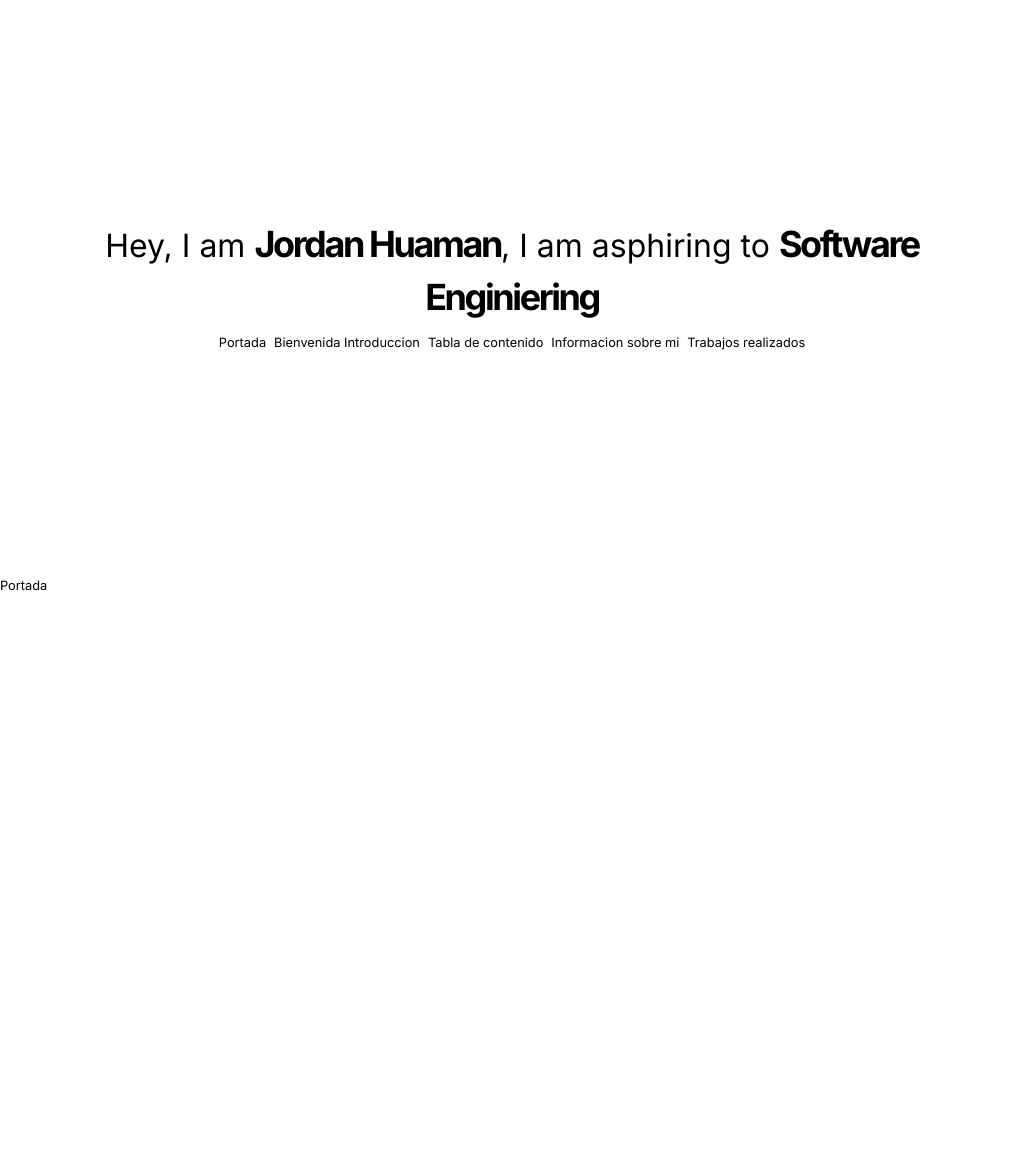
Repository: devsecops-node/portafolio-nextj-pages
Page: /
These files come from the project's save history. The page is drawn as it stood at one moment and after the next save; the edit follows.
The browser window is 1280 px wide. The pictures show the whole page, at 80% of full size.
The project was rebuilt for these pictures with package versions that can differ from the ones it lists, and the page was loaded fresh each time. The framework's server and built-in components were replaced by stand-ins that run in the browser. Also part of the build but not shown: next.config.js, src/styles/transitionPage.module.css.

Above is the page before, as saved 2024-01-15 03:57:54.

### src/app/page.js
"use client"
import Dashboard from '@/components/Dashboard'
import Transition from '@/components/Transition'
import Image from 'next/image'
import { useEffect, useState } from 'react'

export default function Home() {
  const [showAnimation, setShowAnimation] = useState(true)

  useEffect(() => {
    console.log('Ejecutando')
    setTimeout(() => {
      setShowAnimation(false)
    }, 2000)
  }, [])
  return (
    <main className='h-[100vh]'>
      {showAnimation ? <Transition /> : <Dashboard />}
    </main>
  )
}

### src/components/Dashboard.jsx
import React from 'react'
import stles from "@/styles/dashboard.module.css"
import Portada from './Portada'
import { useRef } from 'react'

const Dashboard = () => {
  const portada = useRef(null)

  const scrollToPortada = () => {
    const portada = document.getElementById('portada')

    if (portada) {
      console.log('ejecutando id')
      portada.scrollIntoView({ behavior: 'smooth' })
    }
  }
  return (
    <section className={stles.home_view}>
      <div className='h-screen flex justify-center items-center flex-col'>
        <div className={stles.home_view_principal}>
          <p className={stles.animar_text} id='detec'> Hey, I am <span className="animacion-bolder">Jordan
            Huaman</span>, I am asphiring to <span className={stles.detect}>Software Enginiering</span>
          </p>
        </div>
        <div className={stles.home_view_links}>
          <a onClick={scrollToPortada} className={stles.animar_abajo}>
            <p>Portada</p>
          </a>
          <a href="" className={stles.animar_abajo}>
            <p>Bienvenida Introduccion</p>
          </a>
          <a href="" className={stles.animar_arriba}>
            <p>Tabla de contenido</p>
          </a><a href="" className={stles.animar_arriba}>
            <p>Informacion sobre mi</p>
          </a>
          <a href="" className={stles.animar_abajo}>
            <p>Trabajos realizados</p>
          </a>

        </div>
        <div>
        </div>
      </div>
      <div id='portada'>
      <Portada/>
      </div>
    </section>
  )
}

export default Dashboard

### src/components/Transition.jsx
import React from 'react'
import styles from "@/styles/transitionPage.module.css"

const Transition = () => {
  return (
    <div className={styles.home}>
      <main className=''>
        <p className={styles.text_1}>Jh</p>
        <p className={styles.text_2}>Jordan Huaman - Porfolio</p>
      </main>
      <footer>
        <p className={styles.text_3}>Software Engineerin - 2024</p>
      </footer>
    </div>
  )
}

export default Transition

### src/styles/dashboard.module.css
/* ? Home-view part */
.home_view {
  height: 100%;
}

.animar_text {
  animation: apper-2 2s;
  -webkit-animation: apper-2 2s;
}

.home_view_principal {
  width: 90%;
  margin: 0 auto;
}

.home_view_principal p {
  text-align: center;
  font-size: 40px;
}

.home_view_principal p span {
  font-size: 45px;
  letter-spacing: -3px;
  font-weight: bold;
}

.home_view_principal p span:hover .child {
  background-color: red;
}

@keyframes apper-2 {
  0% {
    opacity: 0;
    transform: translateY(-200px);
    -webkit-transform: translateY(-200px);
    -moz-transform: translateY(-200px);
    -ms-transform: translateY(-200px);
    -o-transform: translateY(-200px);
  }

  50% {
    opacity: 1;
    transform: translateY(-20px);
    -webkit-transform: translateY(-20px);
    -moz-transform: translateY(-20px);
    -ms-transform: translateY(-20px);
    -o-transform: translateY(-20px);
  }

  100% {
    opacity: 1;
    transform: translateY(0px);
    -webkit-transform: translateY(0px);
    -moz-transform: translateY(0px);
    -ms-transform: translateY(0px);
    -o-transform: translateY(0px);
  }
}

.home_view_links {
  display: flex;
  padding: 10px;
  justify-content: space-between;
  gap: 10px;
}

/* Line aniamtion */
.line-animation {
  display: inline;
  cursor: pointer;
  position: relative;
  /* padding: 5px; */
}

.line-animation::after {
  /* margin-top: 10px; */
  content: "";
  position: absolute;
  width: 100%;
  height: 3px;
  top: auto;
  bottom: 14px;
  left: -4px;
  transform: scaleX(0);
  box-shadow: 0 5px 0 black;
  transform-origin: bottom right;
  transition: transform 0.5s ease-out;
}

.line-animation:hover:after {
  transform: scaleX(1);
  transform-origin: bottom left;
}

.animacion-bolder {
  animation: animar-bold 2s linear alternate slidein;
  -webkit-animation: animar-bold 2s linear alternate slidein;
}

.animar_arriba{
  animation: apper-arriba 2s;
  -webkit-animation: apper-arriba 2s;
}
.animar_abajo{
  cursor: pointer;
  animation: apper-abajo 2s;
  -webkit-animation: apper-abajo 2s;

}

@keyframes apper-arriba {
  0% {
    opacity: 0;
    transform: translateY(200px);
    -webkit-transform: translateY(200px);
    -moz-transform: translateY(200px);
    -ms-transform: translateY(200px);
    -o-transform: translateY(200px);
}

  50% {
    opacity: 1;
    transform: translateY(-20px);
    -webkit-transform: translateY(-20px);
    -moz-transform: translateY(-20px);
    -ms-transform: translateY(-20px);
    -o-transform: translateY(-20px);
  }

  100% {
    opacity: 1;
    transform: translateY(0px);
    -webkit-transform: translateY(0px);
    -moz-transform: translateY(0px);
    -ms-transform: translateY(0px);
    -o-transform: translateY(0px);
  }
}
@keyframes apper-abajo {
  0% {
    opacity: 0;
    transform: translateY(-200px);
    -webkit-transform: translateY(-200px);
    -moz-transform: translateY(-200px);
    -ms-transform: translateY(-200px);
    -o-transform: translateY(-200px);
}

  50% {
    opacity: 1;
    transform: translateY(-20px);
    -webkit-transform: translateY(-20px);
    -moz-transform: translateY(-20px);
    -ms-transform: translateY(-20px);
    -o-transform: translateY(-20px);
  }

  100% {
    opacity: 1;
    transform: translateY(0px);
    -webkit-transform: translateY(0px);
    -moz-transform: translateY(0px);
    -ms-transform: translateY(0px);
    -o-transform: translateY(0px);
  }
}

@keyframes animar-bold {
  0% {
    opacity: 0;
  }

  100% {
    opacity: 1;
  }
}

### src/components/Portada.jsx
import React from 'react'

const Portada = () => {
  return (
    <div className='h-screen'>Portada</div>
  )
}

export default Portada

Loaded but not shown: src/app/layout.js (common file); src/app/globals.css (common file); tailwind.config.js (common file)

After the next save:
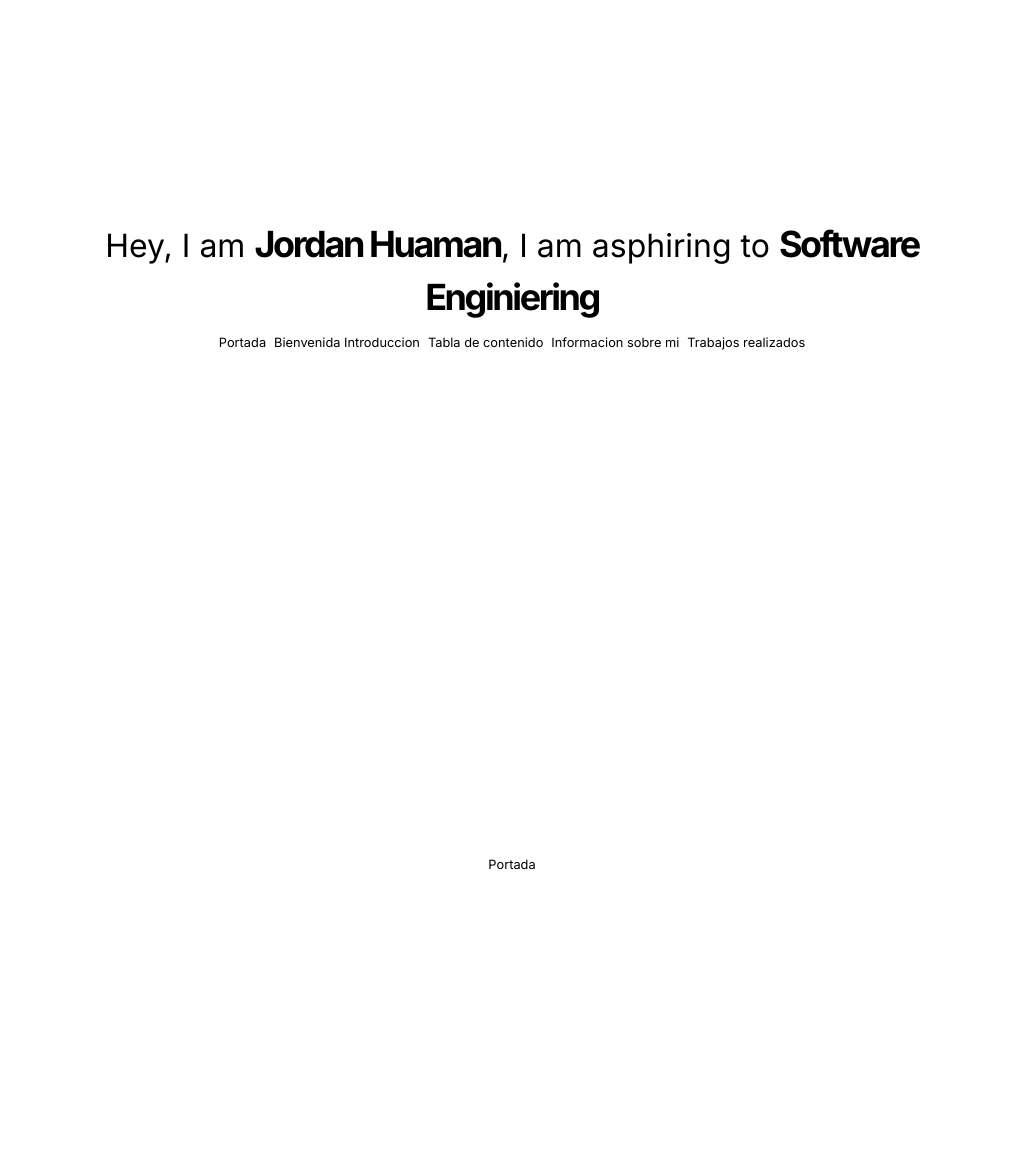
Saved 22 s later.
--- a/src/components/Portada.jsx
+++ b/src/components/Portada.jsx
@@ -2,7 +2,7 @@
 
 const Portada = () => {
   return (
-    <div className='h-screen'>Portada</div>
+    <div className='h-screen flex justify-center items-center'>Portada</div>
   )
 }
 
